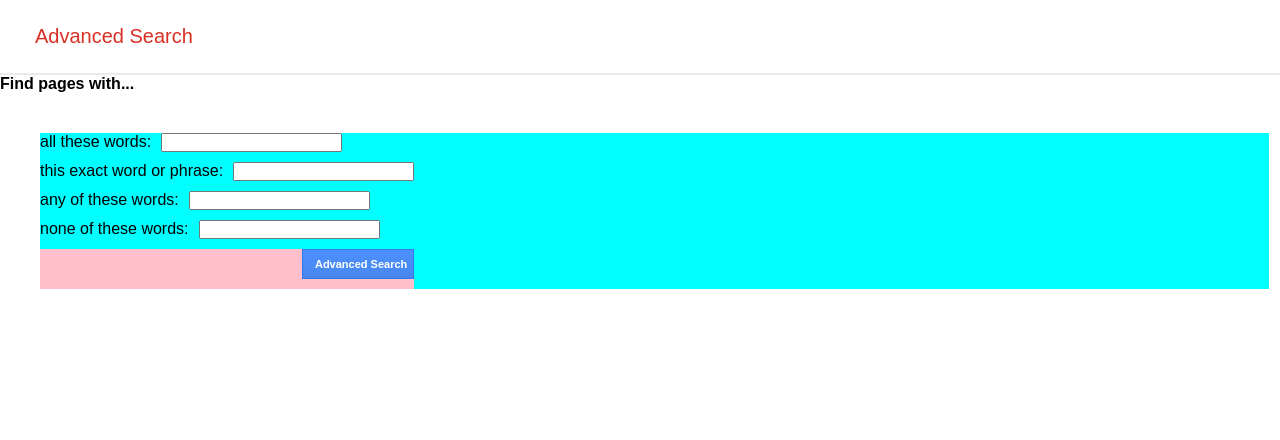
Repository: etentuk/search
Page: advanced_search.html
The author's editor kept a copy of each file at every save. The page is drawn from the files as they stood at one save, then again after the next save.
The browser window is 1280 px wide. The pictures show the whole page.

Above is the page before, as saved 2021-11-05 00:38:29.

After the next save:
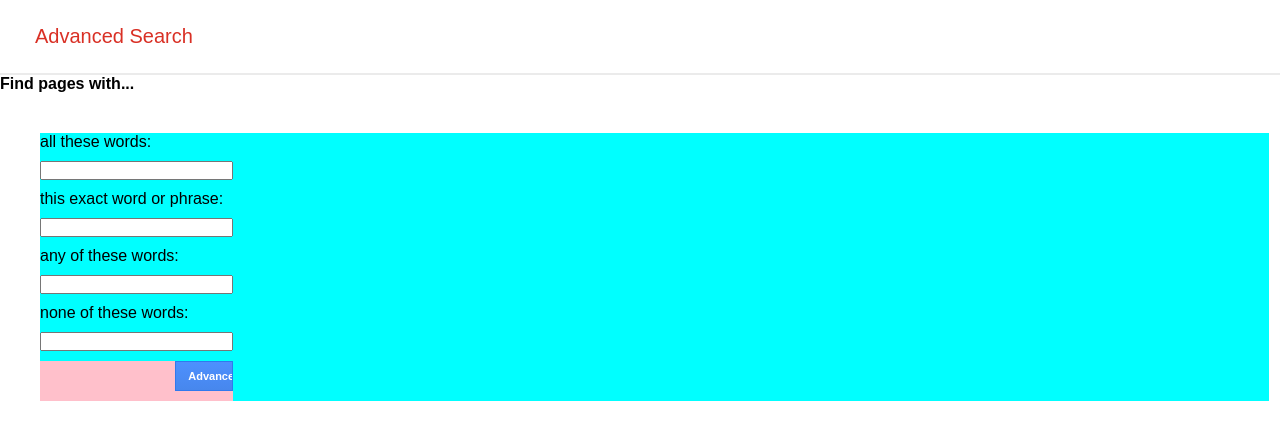
Saved 13 s later.
--- a/styles.css
+++ b/styles.css
@@ -21,7 +21,7 @@
 
 .form-input {
   display: flex;
-  width: 100%;
+  flex-direction: column;
 }
 
 label {

After the save that followed:
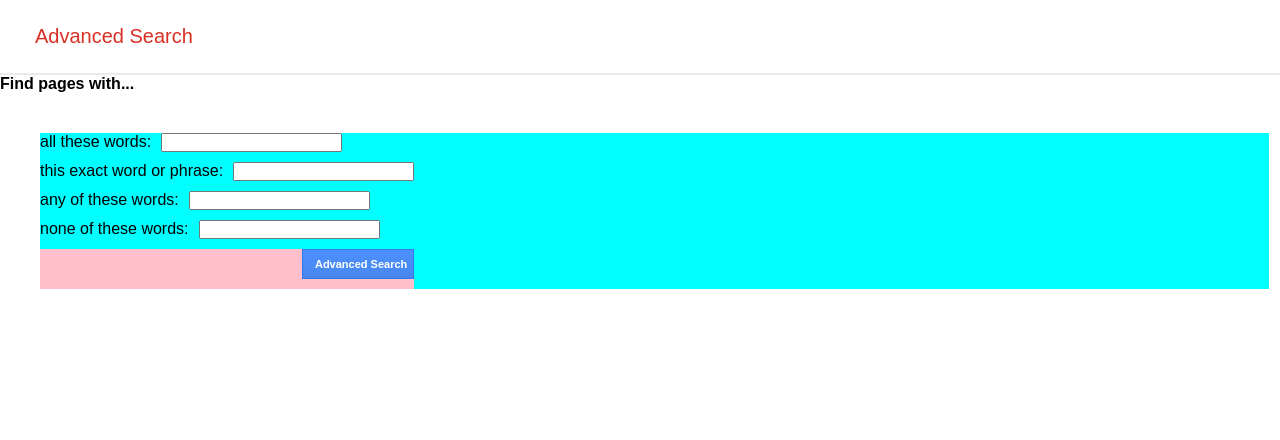
Saved 6 s later.
--- a/styles.css
+++ b/styles.css
@@ -21,7 +21,7 @@
 
 .form-input {
   display: flex;
-  flex-direction: column;
+  flex-direction: row;
 }
 
 label {
